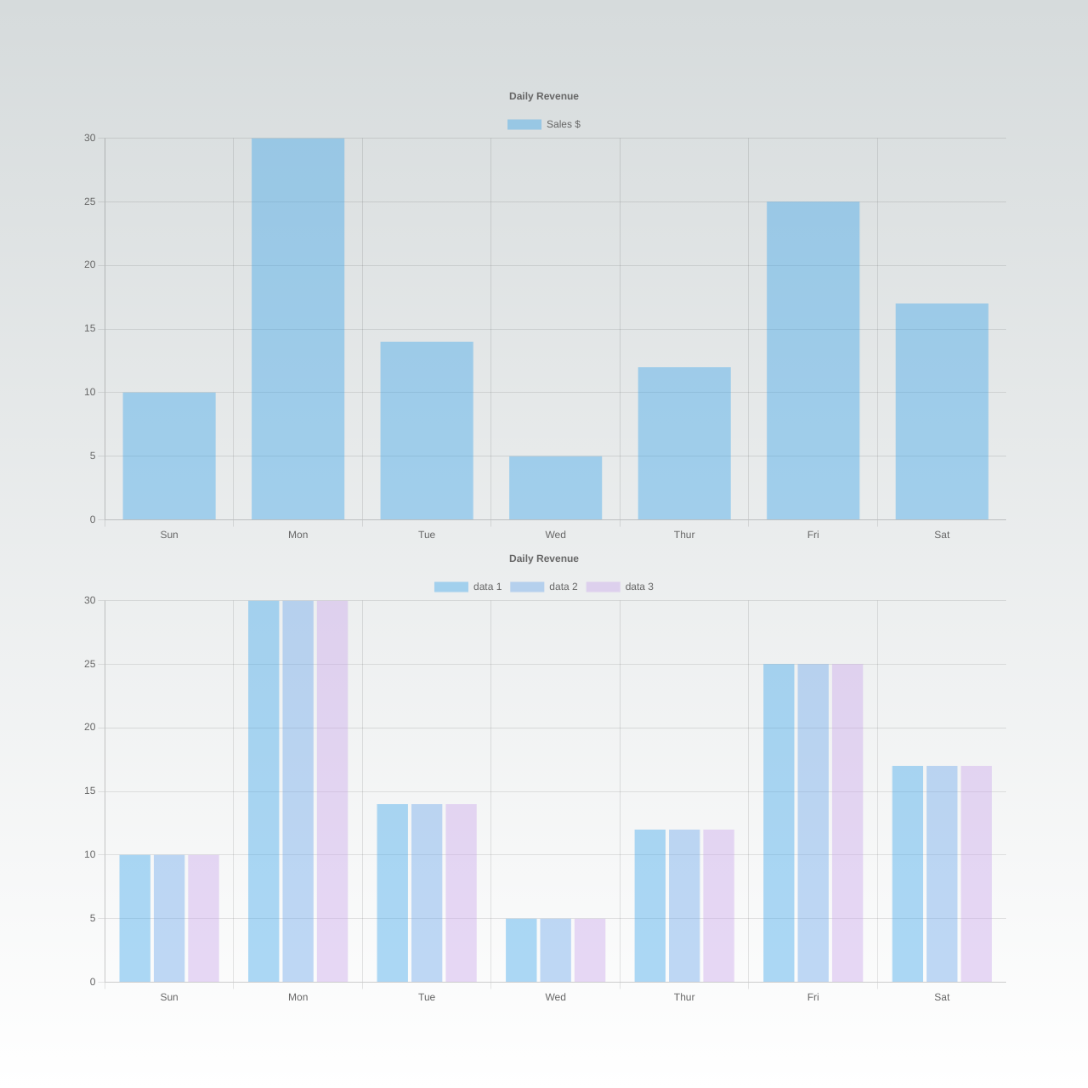
Repository: Vanessahyc/exercise-5
Page: /
These files come from the project's save history. The page is drawn as it stood at one moment and after a run of saves; the edit follows.
The browser window is 1280 px wide. The pictures show the whole page, at 85% of full size.
The project was rebuilt for these pictures with package versions that can differ from the ones it lists, and the page was loaded fresh each time. The framework's server and built-in components were replaced by stand-ins that run in the browser. Also part of the build but not shown: next.config.mjs.

Above is the page before, as saved 2024-04-15 14:13:40.

After the next 2 saves:
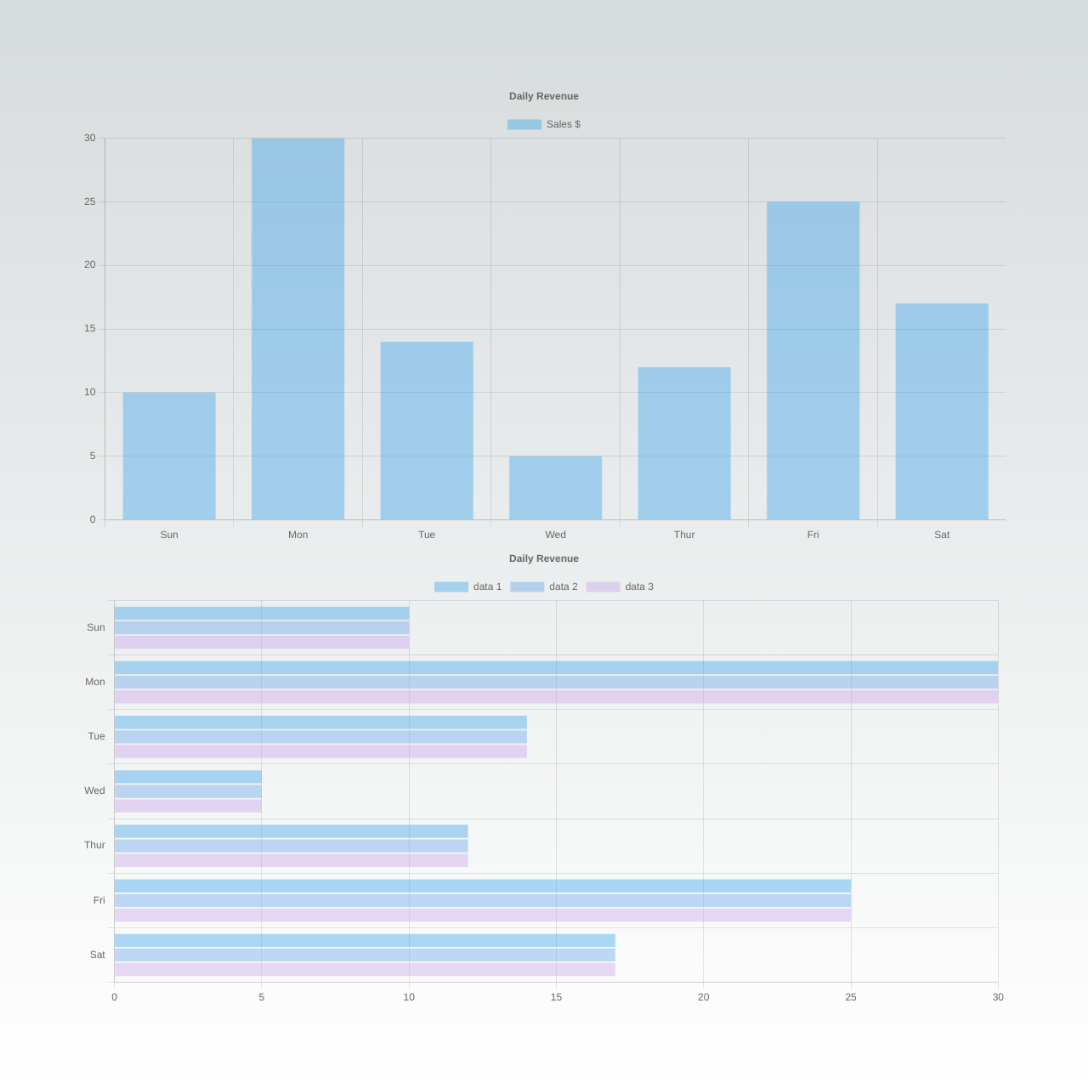
The 2 saves are shown as one change because they came seconds apart.
The last was saved 39 s later.
--- a/components/HorizontalChart/index.js
+++ b/components/HorizontalChart/index.js
@@ -55,6 +55,7 @@ export default function HorizontalChart() {
         })
 
         setChartOptions({
+            indexAxis: 'y',
             plugins: {
                 legend: {
                     position: 'top'
